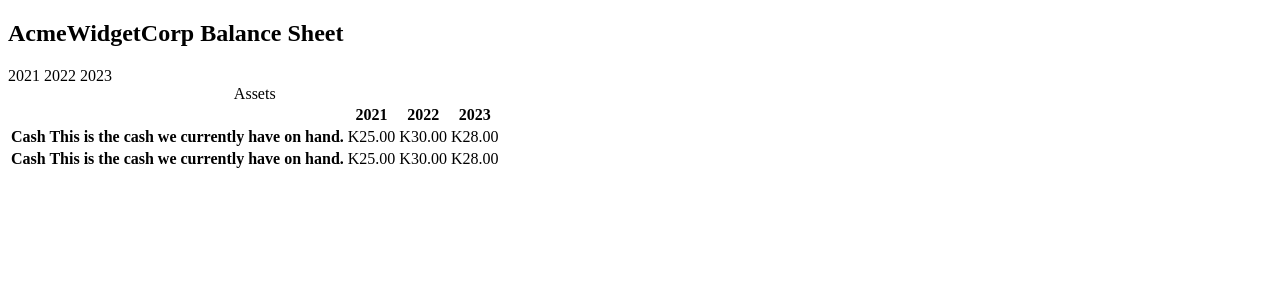
Repository: Lungdjos/balance_shee
Page: index.html
These files come from the project's save history. The page is drawn as it stood at one moment and after the next save; the edit follows.
The browser window is 1280 px wide. The pictures show the whole page.

Above is the page before, as saved 2023-10-31 08:47:29.

### index.html
<!DOCTYPE html>
<html lang="en">

<head>
    <meta charset="UTF-8">
    <meta name="viewport" content="width=device-width, initial-scale=1.0">
    <title>Balance Sheet</title>
    <link rel="stylesheet" href="styles.css">
</head>

<body>
    <main>
        <section>
            <h1>
                <span class="flex">
                <span>AcmeWidgetCorp</span>
                <span>Balance Sheet</span>
                </span>
            </h1>
            <div id="years" aria-hidden="true">
                <span class="year">2021</span>
                <span class="year">2022</span>
                <span class="year">2023</span>
            </div>
            <div class="table-wrap">
                <table>
                    <caption>Assets</caption>
                    <thead>
                        <tr>
                            <td></td>
                            <th><span class="sr-only year">2021</span></th>
                            <th><span class="sr-only year">2022</span></th>
                            <th class="current"><span class="current">2023</span></th>
                        </tr>
                    </thead>
                    <tbody>
                        <tr class="data">
                            <th>
                                Cash <span class="description">This is the cash we currently have on hand.</span>
                            </th>
                            <td>K25.00</td>
                            <td>K30.00</td>
                            <td class="current">K28.00</td>
                        </tr>
                        <tr class="data">
                            <th>
                                Cash <span class="description">This is the cash we currently have on hand.</span>
                            </th>
                            <td>K25.00</td>
                            <td>K30.00</td>
                            <td class="current">K28.00</td>
                        </tr>
                        <tr class="data"></tr>
                        <tr class="total"></tr>
                    </tbody>
                </table>
                <table></table>
                <table></table>
            </div>
        </section>
    </main>
</body>

</html>

</html>

Loaded but not shown: styles.css (no copy from this time; the picture is the same without it)

After the next save:
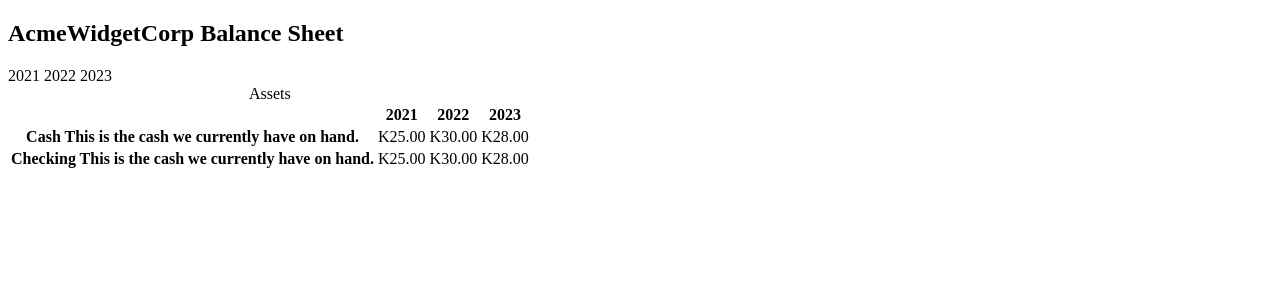
Saved 106 s later.
--- a/index.html
+++ b/index.html
@@ -44,7 +44,7 @@
                         </tr>
                         <tr class="data">
                             <th>
-                                Cash <span class="description">This is the cash we currently have on hand.</span>
+                                Checking <span class="description">This is the cash we currently have on hand.</span>
                             </th>
                             <td>K25.00</td>
                             <td>K30.00</td>
